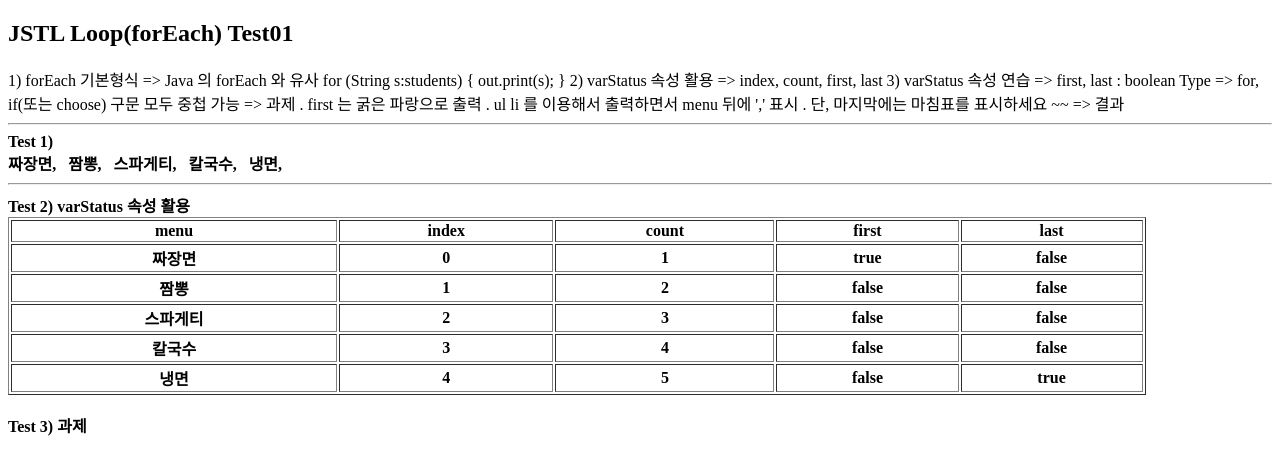
Repository: nameground/Java
Page: http://localhost/Web01/jsp05_JSTL/ex03_For01.jsp
The author's editor kept a copy of each file at every save. The page is drawn from the files as they stood at one save, then again after the next save.
The browser window is 1280 px wide. The pictures show the whole page.
The page is served by Tomcat 9. Nobody is signed in. The application's start-up code is not run. Other server files are loaded and not shown.

Above is the page before, as saved 2023-10-13 07:59:46.

### mTest/Mywork/Web01/src/main/webapp/jsp05_JSTL/ex03_For01.jsp
<%@ page language="java" contentType="text/html; charset=UTF-8"
    pageEncoding="UTF-8"%>
<%@ taglib uri="http://java.sun.com/jsp/jstl/core" prefix="c" %>
<!DOCTYPE html>
<html>
<head>
<meta charset="UTF-8">
<title>JSTL Loop(forEach) Test01</title>
<%
	String [] menu = {"짜장면", "짬뽕", "스파게티", "칼국수", "냉면"};
	pageContext.setAttribute("menuList", menu);
%>
</head>
<body>
<h2>JSTL Loop(forEach) Test01</h2>
1) forEach 기본형식
=> Java 의 forEach 와 유사
   for (String s:students) {  out.print(s); }

2) varStatus 속성 활용
=> index, count, first, last

3) varStatus 속성 연습
=> first, last : boolean Type
=> for, if(또는 choose) 구문 모두 중첩 가능
=> 과제
   . first 는 굵은 파랑으로 출력
   . ul li 를 이용해서 출력하면서 menu 뒤에 ',' 표시
   . 단, 마지막에는 마침표를 표시하세요 ~~
=> 결과
</pre><hr>
<b>
Test 1) <br>
<c:forEach var="menu" items="${menuList}">
	${menu}, &nbsp;
</c:forEach>
<hr>
Test 2) varStatus 속성 활용
<table border="1" style="text-align:center; width:90%;">
	<tr style="background-color:red-orange;">
		<th>menu</th>
		<th>index</th>
		<th>count</th>
		<th>first</th>
		<th>last</th>
	</tr>
	<c:forEach var="menu" items="${menuList}" varStatus="vs">
		<tr>
			<td>${menu}</td>
			<td>${vs.index}</td>
			<td>${vs.count}</td>
			<td>${vs.first}</td>
			<td>${vs.last}</td>
		</tr>
	</c:forEach>
</table>
<br>
Test 3) 과제
</body>
</html>

After the next save:
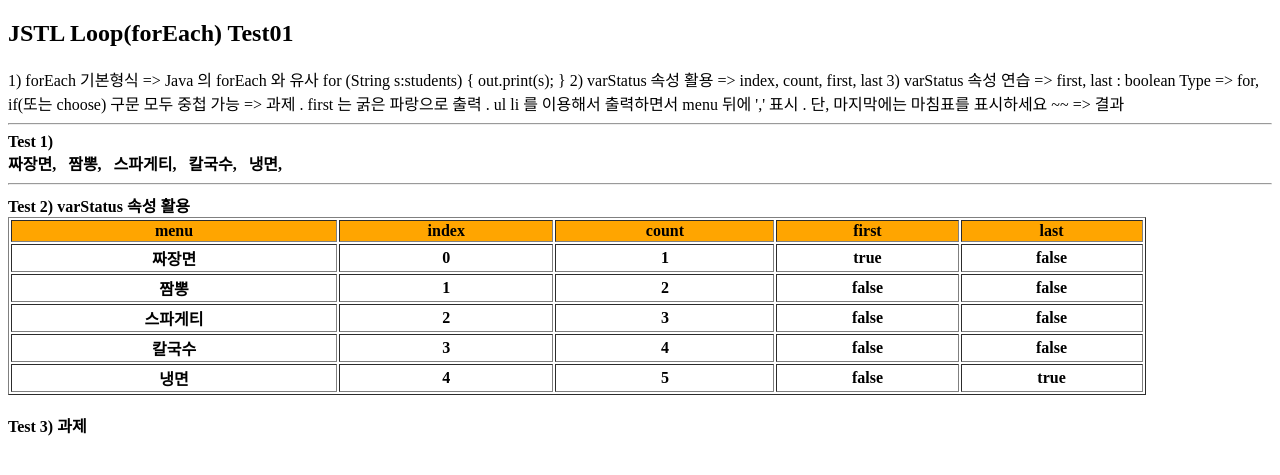
Saved 4 s later.
--- a/mTest/Mywork/Web01/src/main/webapp/jsp05_JSTL/ex03_For01.jsp
+++ b/mTest/Mywork/Web01/src/main/webapp/jsp05_JSTL/ex03_For01.jsp
@@ -37,7 +37,7 @@
 <hr>
 Test 2) varStatus 속성 활용
 <table border="1" style="text-align:center; width:90%;">
-	<tr style="background-color:red-orange;">
+	<tr style="background-color:orange;">
 		<th>menu</th>
 		<th>index</th>
 		<th>count</th>

After the save that followed:
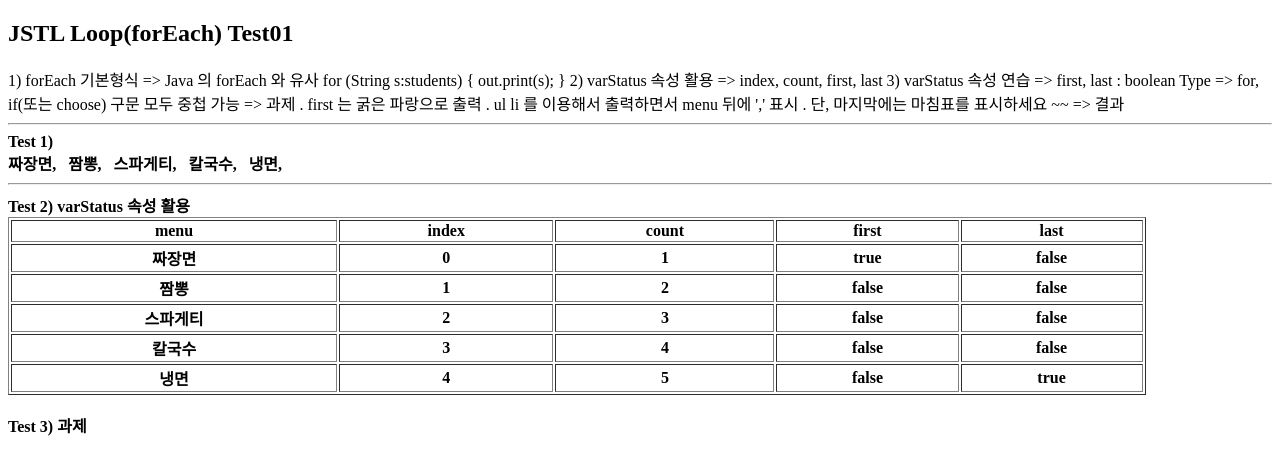
Saved 8 s later.
--- a/mTest/Mywork/Web01/src/main/webapp/jsp05_JSTL/ex03_For01.jsp
+++ b/mTest/Mywork/Web01/src/main/webapp/jsp05_JSTL/ex03_For01.jsp
@@ -37,7 +37,7 @@
 <hr>
 Test 2) varStatus 속성 활용
 <table border="1" style="text-align:center; width:90%;">
-	<tr style="background-color:orange;">
+	<tr style="background-color:sky;">
 		<th>menu</th>
 		<th>index</th>
 		<th>count</th>
